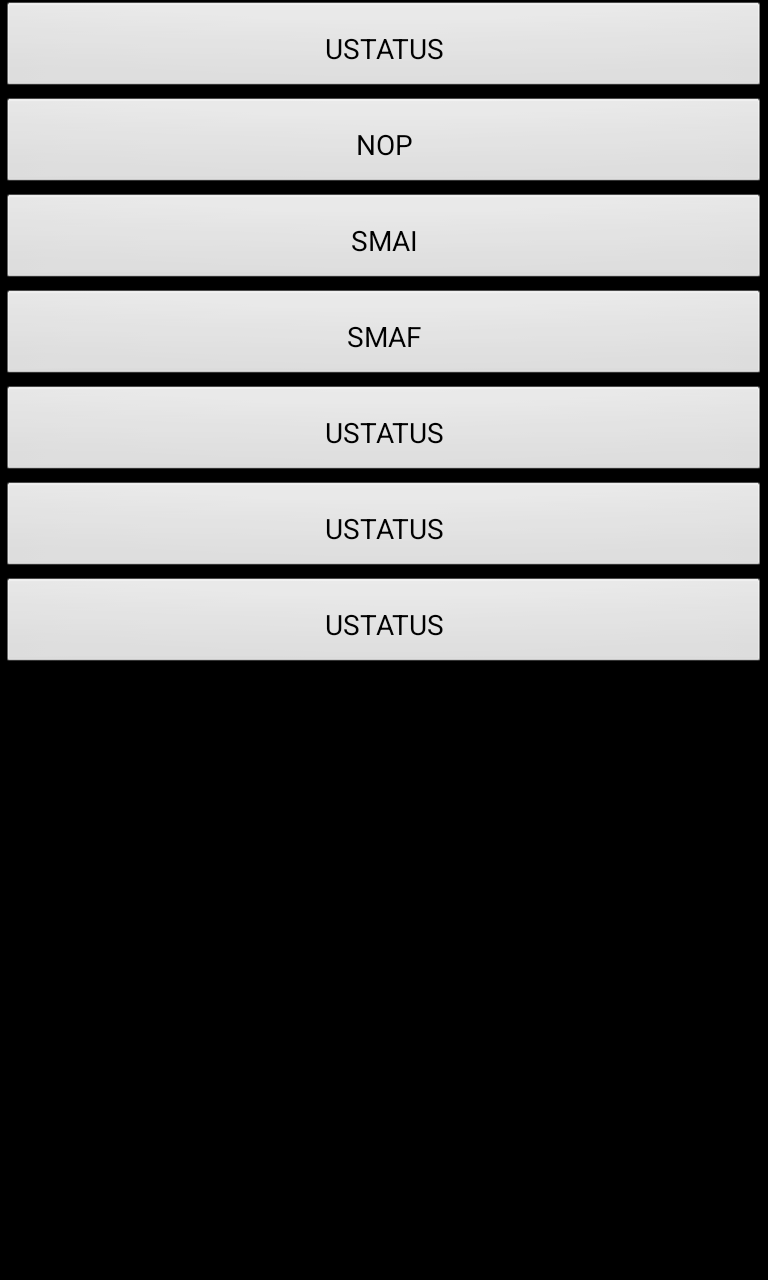
Repository: sergioenriquez/CSTE
Layout: HNAD/res/layout/devcmdtab.xml
An editor plug-in stored every save of this project. The layout is shown before and after a run of saves, followed by the edit.
It is drawn on a 768 x 1280 px phone screen (xhdpi) without system bars, with theme android:Theme.NoTitleBar; the app's code is not run.

Above is the layout before, as saved 2011-12-19 06:47:50.

### HNAD/res/layout/devcmdtab.xml
<?xml version="1.0" encoding="utf-8"?>
<LinearLayout xmlns:android="http://schemas.android.com/apk/res/android"
    android:layout_width="match_parent"
    android:layout_height="match_parent"
    android:orientation="vertical" >

    <Button
       android:text="USTATUS"
       android:layout_height="wrap_content"
       android:layout_width="match_parent"
       android:layout_gravity="right"
       android:padding="12dp"
       android:gravity="center" />
    <Button
       android:text="NOP"
       android:layout_height="wrap_content"
       android:layout_width="match_parent"
       android:layout_gravity="right"
       android:padding="12dp"
       android:gravity="center" />
    <Button
       android:text="SMAI"
       android:layout_height="wrap_content"
       android:layout_width="match_parent"
       android:layout_gravity="right"
       android:padding="12dp"
       android:gravity="center" />
    <Button
       android:text="SMAF"
       android:layout_height="wrap_content"
       android:layout_width="match_parent"
       android:layout_gravity="right"
       android:padding="12dp"
       android:gravity="center" />
    <Button
       android:text="USTATUS"
       android:layout_height="wrap_content"
       android:layout_width="match_parent"
       android:layout_gravity="right"
       android:padding="12dp"
       android:gravity="center" />
    <Button
       android:text="USTATUS"
       android:layout_height="wrap_content"
       android:layout_width="match_parent"
       android:layout_gravity="right"
       android:padding="12dp"
       android:gravity="center" />
    <Button
       android:text="USTATUS"
       android:layout_height="wrap_content"
       android:layout_width="match_parent"
       android:layout_gravity="right"
       android:padding="12dp"
       android:gravity="center" />

</LinearLayout>

After the next 2 saves:
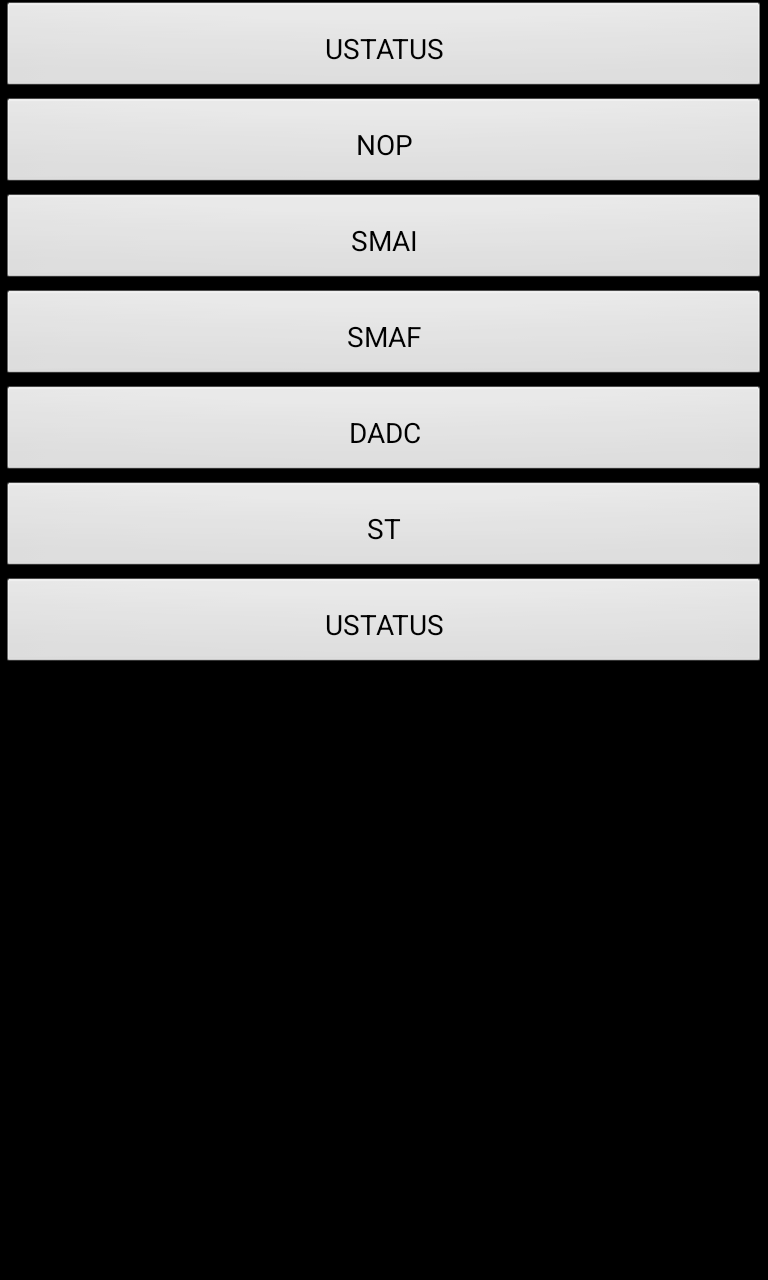
The 2 saves are shown as one change because they came seconds apart.
The last was saved 7 s later.
--- a/HNAD/res/layout/devcmdtab.xml
+++ b/HNAD/res/layout/devcmdtab.xml
@@ -33,14 +33,14 @@
        android:padding="12dp"
        android:gravity="center" />
     <Button
-       android:text="USTATUS"
+       android:text="DADC"
        android:layout_height="wrap_content"
        android:layout_width="match_parent"
        android:layout_gravity="right"
        android:padding="12dp"
        android:gravity="center" />
     <Button
-       android:text="USTATUS"
+       android:text="ST"
        android:layout_height="wrap_content"
        android:layout_width="match_parent"
        android:layout_gravity="right"
